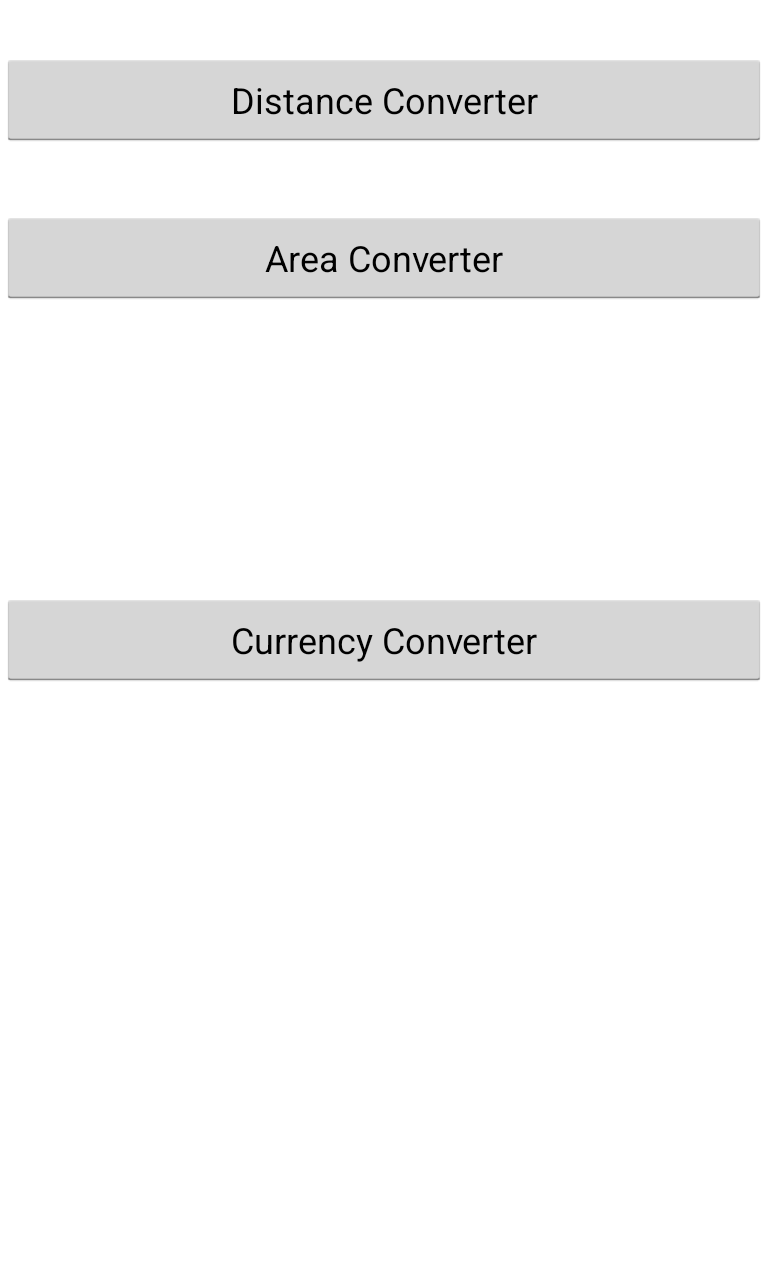
Repository: hellokathy/6300Fallahortin3
Layout: 6300Fall14Assignment4/res/layout/activity_main.xml
The author's editor kept a copy of each file at every save. The layout is drawn from the files as they stood at one save, then again after the next save.
It is drawn on a 768 x 1280 px phone screen (xhdpi) without system bars, with theme AppTheme; the app's code is not run.

Above is the layout before, as saved 2014-09-25 01:35:38.

### 6300Fall14Assignment4/res/layout/activity_main.xml
<RelativeLayout xmlns:android="http://schemas.android.com/apk/res/android"
    xmlns:tools="http://schemas.android.com/tools"
    android:layout_width="match_parent"
    android:layout_height="match_parent"
    tools:context="${packageName}.${activityClass}" >

    <Button
        android:id="@+id/button1"
        android:layout_width="match_parent"
        android:layout_height="wrap_content"
        android:layout_below="@+id/textView1"
        android:layout_centerHorizontal="true"
        android:layout_marginTop="26dp"
        android:text="Distance Converter" />

    <Button
        android:id="@+id/Button01"
        android:layout_width="match_parent"
        android:layout_height="wrap_content"
        android:layout_alignParentLeft="true"
        android:layout_below="@+id/button1"
        android:layout_marginTop="31dp"
        android:text="Area Converter" />

    <Button
        android:id="@+id/Button02"
        android:layout_width="match_parent"
        android:layout_height="wrap_content"
        android:layout_alignParentLeft="true"
        android:layout_centerVertical="true"
        android:text="Currency Converter" />

</RelativeLayout>

Loaded but not shown: 6300Fall14Assignment4/res/values/styles.xml (common file); 6300Fall14Assignment4/res/values-v11/styles.xml (common file); 6300Fall14Assignment4/res/values-v14/styles.xml (common file)

After the next save:
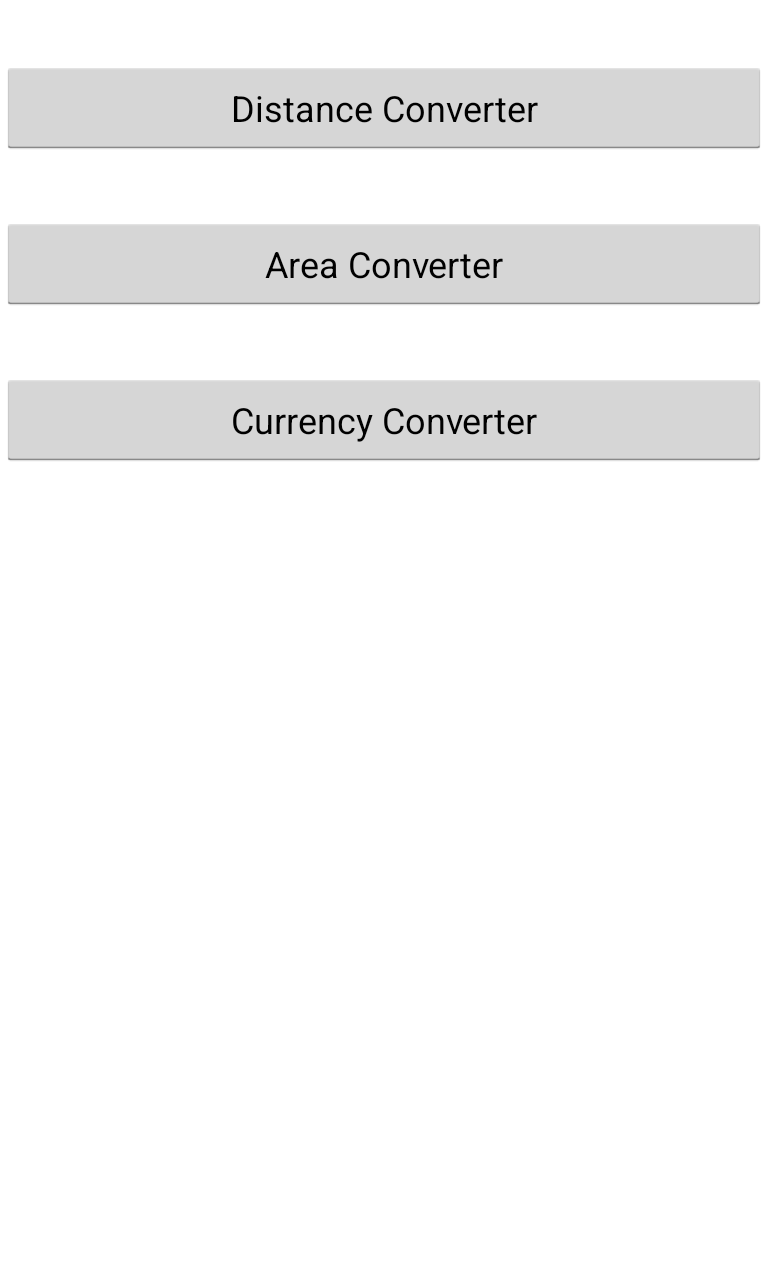
Saved 4 min 51 s later.
--- a/6300Fall14Assignment4/res/layout/activity_main.xml
+++ b/6300Fall14Assignment4/res/layout/activity_main.xml
@@ -8,9 +8,9 @@
         android:id="@+id/button1"
         android:layout_width="match_parent"
         android:layout_height="wrap_content"
-        android:layout_below="@+id/textView1"
-        android:layout_centerHorizontal="true"
-        android:layout_marginTop="26dp"
+        android:layout_alignParentLeft="true"
+        android:layout_alignParentTop="true"
+        android:layout_marginTop="30dp"
         android:text="Distance Converter" />
 
     <Button
@@ -19,7 +19,7 @@
         android:layout_height="wrap_content"
         android:layout_alignParentLeft="true"
         android:layout_below="@+id/button1"
-        android:layout_marginTop="31dp"
+        android:layout_marginTop="30dp"
         android:text="Area Converter" />
 
     <Button
@@ -27,7 +27,8 @@
         android:layout_width="match_parent"
         android:layout_height="wrap_content"
         android:layout_alignParentLeft="true"
-        android:layout_centerVertical="true"
+        android:layout_below="@+id/Button01"
+        android:layout_marginTop="30dp"
         android:text="Currency Converter" />
 
 </RelativeLayout>
